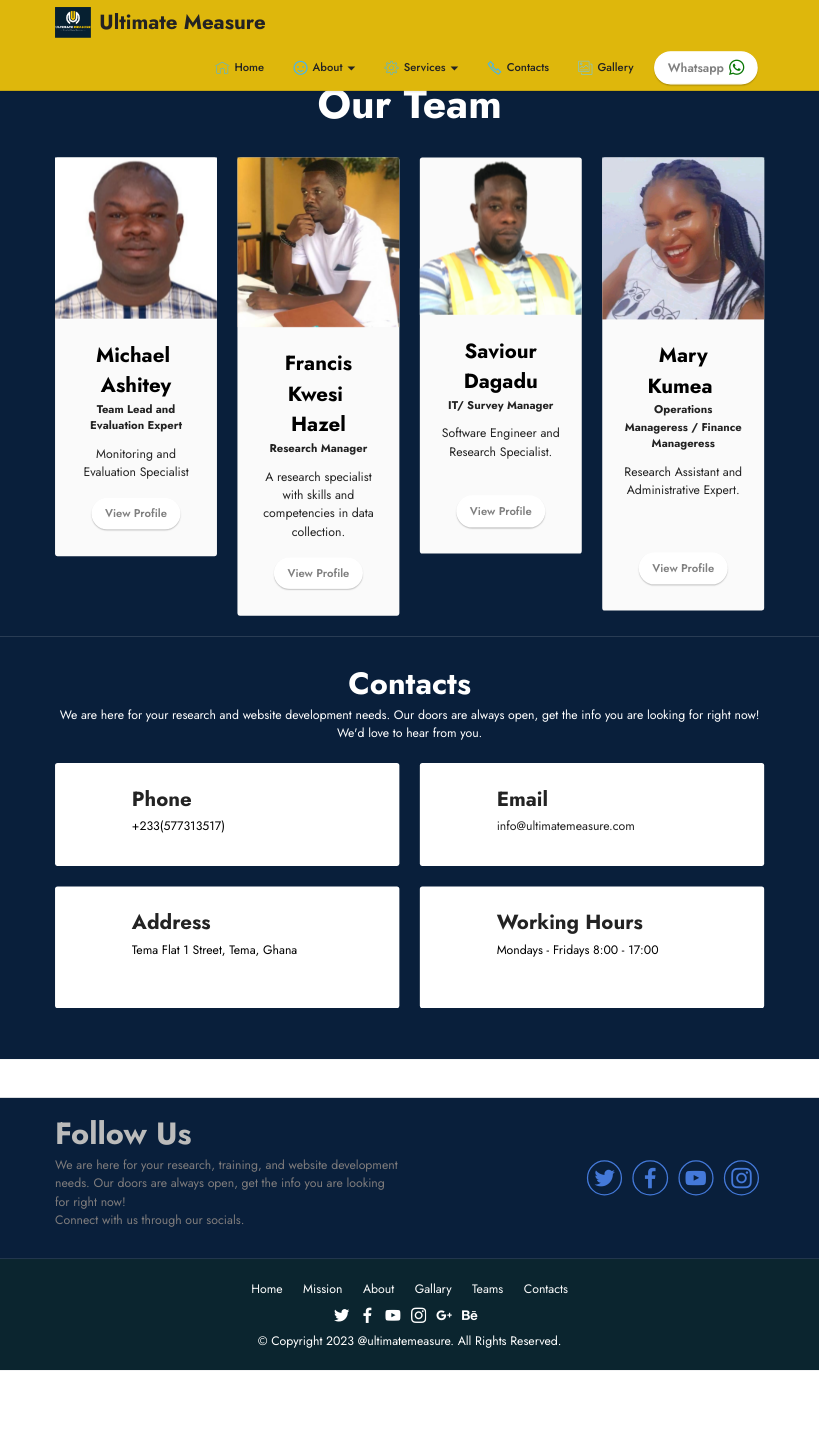
Repository: Saviour-Dagadu/ultMeasure
Page: page11.html
These files come from the project's save history. The page is drawn as it stood at one moment and after the next save; the edit follows.
The browser window is 1280 px wide. The pictures show the whole page, at 64% of full size.

Above is the page before, as saved 2023-07-19 03:32:09.

### page11.html
<!DOCTYPE html>
<html  >
<head>
  <!-- Site made with Mobirise Website Builder v5.6.13, https://mobirise.com -->
  <meta charset="UTF-8">
  <meta http-equiv="X-UA-Compatible" content="IE=edge">
  <meta name="generator" content="Mobirise v5.6.13, mobirise.com">
  <meta name="twitter:card" content="summary_large_image"/>
  <meta name="twitter:image:src" content="assets/images/page11-meta.jpg">
  <meta property="og:image" content="assets/images/page11-meta.jpg">
  <meta name="twitter:title" content="ourTeam">
  <meta name="viewport" content="width=device-width, initial-scale=1, minimum-scale=1">
  <link rel="shortcut icon" href="assets/images/ultimate-logo-1.jpeg" type="image/x-icon">
  <meta name="description" content="">


  <title>ourTeam</title>
  <link rel="stylesheet" href="assets/web/assets/mobirise-icons2/mobirise2.css">
  <link rel="stylesheet" href="assets/web/assets/mobirise-icons/mobirise-icons.css">
  <link rel="stylesheet" href="assets/bootstrap/css/bootstrap.min.css">
  <link rel="stylesheet" href="assets/bootstrap/css/bootstrap-grid.min.css">
  <link rel="stylesheet" href="assets/bootstrap/css/bootstrap-reboot.min.css">
  <link rel="stylesheet" href="assets/animatecss/animate.css">
  <link rel="stylesheet" href="assets/dropdown/css/style.css">
  <link rel="stylesheet" href="assets/socicon/css/styles.css">
  <link rel="stylesheet" href="assets/theme/css/style.css">
  <link rel="preload" href="https://fonts.googleapis.com/css?family=Jost:100,200,300,400,500,600,700,800,900,100i,200i,300i,400i,500i,600i,700i,800i,900i&display=swap" as="style" onload="this.onload=null;this.rel='stylesheet'">
  <noscript><link rel="stylesheet" href="https://fonts.googleapis.com/css?family=Jost:100,200,300,400,500,600,700,800,900,100i,200i,300i,400i,500i,600i,700i,800i,900i&display=swap"></noscript>
  <link rel="preload" as="style" href="assets/mobirise/css/mbr-additional.css"><link rel="stylesheet" href="assets/mobirise/css/mbr-additional.css" type="text/css">




</head>
<body>

  <section data-bs-version="5.1" class="team1 cid-tyizsyTRnW" id="team1-2v">


    <br><br><br><br>
    <div class="container">
        <div class="row justify-content-center">
            <div class="col-12">
                <h3 class="mbr-section-title1 mbr-fonts-style align-center mb-5 display-1"><strong>Our Team</strong>
                </h3>

            </div>
            <div class="col-sm-6 col-lg-3">
                <div class="card-wrap">
                    <div class="image-wrap">
                        <img src="assets/images/michael-ashitey-2-413x531.jpeg" alt="Mobirise Website Builder">
                    </div>
                    <div class="content-wrap">
                        <h5 class="mbr-section-title card-title mbr-fonts-style align-center m-0 display-5"><strong>Michael&nbsp; Ashitey</strong></h5>
                        <h6 class="mbr-role mbr-fonts-style align-center mb-3 display-4"><strong>Team Lead and Evaluation Expert</strong></h6>
                        <p class="card-text mbr-fonts-style align-center display-7">Monitoring and Evaluation Specialist<br></p>

                        <div class="mbr-section-btn card-btn align-center"><a class="btn btn-primary display-4" href="page1.html#team2-7">View
                                Profile</a></div>
                    </div>
                </div>
            </div>

            <div class="col-sm-6 col-lg-3">
                <div class="card-wrap">
                    <div class="image-wrap">
                        <img src="assets/images/5a183644-2759-44f6-8364-9d7925e9172f.jpg" alt="Mobirise Website Builder">
                    </div>
                    <div class="content-wrap">
                        <h5 class="mbr-section-title card-title mbr-fonts-style align-center m-0 display-5"><strong>Francis Kwesi&nbsp; Hazel</strong></h5>
                        <h6 class="mbr-role mbr-fonts-style align-center mb-3 display-4"><strong>Research Manager</strong></h6>
                        <p class="card-text mbr-fonts-style align-center display-7">A research specialist with skills and competencies in data collection.<br>
                        </p>

                        <div class="mbr-section-btn card-btn align-center"><a class="btn btn-primary display-4" href="page3.html#team2-b">View
                                Profile</a></div>
                    </div>
                </div>
            </div>

            <div class="col-sm-6 col-lg-3">
                <div class="card-wrap">
                    <div class="image-wrap">
                        <img src="assets/images/savic-3.png" alt="Mobirise Website Builder">
                    </div>
                    <div class="content-wrap">
                        <h5 class="mbr-section-title card-title mbr-fonts-style align-center m-0 display-5"><strong>Saviour Dagadu</strong></h5>
                        <h6 class="mbr-role mbr-fonts-style align-center mb-3 display-4"><strong>IT/ Survey Manager</strong></h6>
                        <p class="card-text mbr-fonts-style align-center display-7">
                            Software Engineer and Research Specialist.<br><br>
                        </p>

                        <div class="mbr-section-btn card-btn align-center"><a class="btn btn-primary display-4" href="page4.html#team2-e">View
                                Profile</a></div>
                    </div>
                </div>
            </div>

            <div class="col-sm-6 col-lg-3">
                <div class="card-wrap">
                    <div class="image-wrap">
                        <img src="assets/images/21c33b11-4f26-42b3-be18-20bef8bdf8b3.jpg" alt="Mobirise Website Builder">
                    </div>
                    <div class="content-wrap">
                        <h5 class="mbr-section-title card-title mbr-fonts-style align-center m-0 display-5"><strong>Mary Kumea&nbsp;</strong></h5>
                        <h6 class="mbr-role mbr-fonts-style align-center mb-3 display-4">
                            <strong>Operations Manageress / Finance Manageress</strong></h6>
                        <p class="card-text mbr-fonts-style align-center display-7">
                            Research Assistant and Administrative Expert.<br><br><br>
                        </p>

                        <div class="mbr-section-btn card-btn align-center"><a class="btn btn-primary display-4" href="page5.html#team2-h">View
                                Profile</a></div>
                    </div>
                </div>
            </div>
        </div>
    </div>
</section>

<section data-bs-version="5.1" class="contacts2 cid-tyizsCEZmS" id="contacts2-30">
    <!---->


    <div class="container">
        <div class="mbr-section-head">
            <h3 class="mbr-section-title mbr-fonts-style align-center mb-0 display-2">
                <strong>Contacts</strong>
            </h3>
            <h4 class="mbr-section-subtitle mbr-fonts-style align-center mb-0 mt-2 display-7">We are here for your research and website development needs. Our doors are always open, get the info you are looking for right now!<br>We'd love to hear from you.</h4>
        </div>
        <div class="row justify-content-center mt-4">
            <div class="card col-12 col-md-6">
                <div class="card-wrapper">
                    <div class="image-wrapper">
                        <span class="mbr-iconfont mobi-mbri-phone mobi-mbri"></span>
                    </div>
                    <div class="text-wrapper">
                        <h6 class="card-title mbr-fonts-style mb-1 display-5">
                            <strong>Phone</strong>
                        </h6>
                        <p class="mbr-text mbr-fonts-style display-7">+233(577313517)&nbsp;</p>
                    </div>
                </div>
            </div>
            <div class="card col-12 col-md-6">
                <div class="card-wrapper">
                    <div class="image-wrapper">
                        <span class="mbr-iconfont mobi-mbri-letter mobi-mbri"></span>
                    </div>
                    <div class="text-wrapper">
                        <h6 class="card-title mbr-fonts-style mb-1 display-5">
                            <strong>Email</strong>
                        </h6>
                        <p class="mbr-text mbr-fonts-style display-7">
                            <a href="mailto:info@site.com" class="text-black">info@ultimatemeasure.com</a>
                        </p>
                    </div>
                </div>
            </div>
            <div class="card col-12 col-md-6">
                <div class="card-wrapper">
                    <div class="image-wrapper">
                        <span class="mbr-iconfont mobi-mbri-globe mobi-mbri"></span>
                    </div>
                    <div class="text-wrapper">
                        <h6 class="card-title mbr-fonts-style mb-1 display-5">
                            <strong>Address</strong>
                        </h6>
                        <p class="mbr-text mbr-fonts-style display-7">Tema Flat 1 Street, Tema, Ghana</p>
                    </div>
                </div>
            </div>
            <div class="card col-12 col-md-6">
                <div class="card-wrapper">
                    <div class="image-wrapper">
                        <span class="mbr-iconfont mobi-mbri-bulleted-list mobi-mbri"></span>
                    </div>
                    <div class="text-wrapper">
                        <h6 class="card-title mbr-fonts-style mb-1 display-5">
                            <strong>Working Hours</strong>
                        </h6>
                        <p class="mbr-text mbr-fonts-style display-7">Mondays - Fridays 8:00 - 17:00<br><br></p>
                    </div>
                </div>
            </div>
        </div>
    </div>
</section>

<section data-bs-version="5.1" class="menu menu2 cid-tyiJ5LKivl" once="menu" id="menu2-3p">

    <nav class="navbar navbar-dropdown navbar-fixed-top navbar-expand-lg">
        <div class="container">
            <div class="navbar-brand">
                <span class="navbar-logo">
                    <a href="index.html#header14-1f">
                        <img src="assets/images/ultimate-logo-1.jpeg" alt="Mobirise Website Builder" style="height: 3rem;">
                    </a>
                </span>
                <span class="navbar-caption-wrap"><a class="navbar-caption text-black text-primary display-5" href="index.html#header14-1f">Ultimate Measure<br></a></span>
            </div>
            <button class="navbar-toggler" type="button" data-toggle="collapse" data-bs-toggle="collapse" data-target="#navbarSupportedContent" data-bs-target="#navbarSupportedContent" aria-controls="navbarNavAltMarkup" aria-expanded="false" aria-label="Toggle navigation">
                <div class="hamburger">
                    <span></span>
                    <span></span>
                    <span></span>
                    <span></span>
                </div>
            </button>
            <div class="collapse navbar-collapse" id="navbarSupportedContent">
                <ul class="navbar-nav nav-dropdown" data-app-modern-menu="true"><li class="nav-item"><a class="nav-link link text-black text-primary display-4" href="index.html#header14-1f"><span class="mbri-home mbr-iconfont mbr-iconfont-btn" style="color: rgb(71, 181, 237);"></span>Home</a></li>
                    <li class="nav-item dropdown"><a class="nav-link link text-black dropdown-toggle display-4" href="index.html#header14-1j" data-toggle="dropdown-submenu" data-bs-toggle="dropdown" data-bs-auto-close="outside" aria-expanded="false"><span class="mobi-mbri mobi-mbri-smile-face mbr-iconfont mbr-iconfont-btn" style="color: rgb(71, 181, 237);"></span>About</a><div class="dropdown-menu" aria-labelledby="dropdown-980"><a class="text-black dropdown-item text-primary display-4" href="page10.html">About Us</a><a class="text-black show dropdown-item text-primary display-4" href="page12.html">Mission</a><a class="text-black dropdown-item text-primary display-4" href="page12.html">Vission</a><a class="text-black show dropdown-item text-primary display-4" href="page11.html">Our Team</a></div></li>
                    <li class="nav-item dropdown"><a class="nav-link link text-black text-primary dropdown-toggle display-4" href="page6.html" data-toggle="dropdown-submenu" data-bs-toggle="dropdown" data-bs-auto-close="outside" aria-expanded="false"><span class="mbri-setting3 mbr-iconfont mbr-iconfont-btn" style="color: rgb(71, 181, 237);"></span>Services</a><div class="dropdown-menu" aria-labelledby="dropdown-109"><a class="text-black text-primary show dropdown-item display-4" href="page6.html">Our Services</a><a class="text-black text-primary dropdown-item display-4" href="page13.html">Training</a><a class="text-black text-primary show dropdown-item display-4" href="page13.html">Research</a></div></li><li class="nav-item"><a class="nav-link link text-black text-primary display-4" href="page7.html"><span class="mobi-mbri mobi-mbri-phone mbr-iconfont mbr-iconfont-btn" style="color: rgb(71, 181, 237);"></span>Contacts</a></li><li class="nav-item"><a class="nav-link link text-black text-primary display-4" href="page9.html"><span class="mbri-photos mbr-iconfont mbr-iconfont-btn" style="color: rgb(110, 199, 242);"></span>Gallery</a></li></ul>

                <div class="navbar-buttons mbr-section-btn"><a class="btn btn-primary display-7" href="https://wa.me/233577313517"><span class="socicon socicon-whatsapp mbr-iconfont mbr-iconfont-btn" style="color: rgb(10, 119, 5);"></span>Whatsapp</a></div>
            </div>
        </div>
    </nav>
</section>

<section data-bs-version="5.1" class="contacts4 cid-tyiT0qkMQG" id="contacts4-3r">





    <div class="container">
        <div class="row align-items-center justify-content-center">
            <div class="text-content col-12 col-md-6">
                <h2 class="mbr-section-title mbr-fonts-style display-2">
                    <strong>Follow Us</strong>
                </h2>
                <p class="mbr-text mbr-fonts-style display-7">We are here for your research, training, and website development needs. Our doors are always open, get the info you are looking for right now!
<br>Connect with us through our socials.<br></p>
            </div>
            <div class="icons d-flex align-items-center col-12 col-md-6 justify-content-end mt-md-0 mt-2 flex-wrap">
                <a href="https://twitter.com/ultmeasure" target="_blank">
                    <span class="mbr-iconfont mbr-iconfont-social socicon-twitter socicon"></span>
                </a>
                <a href="https://web.facebook.com/ultimatemeasure" target="_blank">
                    <span class="mbr-iconfont mbr-iconfont-social socicon-facebook socicon"></span>
                </a>
                <a href="https://www.youtube.com" target="_blank">
                    <span class="mbr-iconfont mbr-iconfont-social socicon-youtube socicon"></span>
                </a>
                <a href="https://instagram.com" target="_blank">
                    <span class="mbr-iconfont mbr-iconfont-social socicon-instagram socicon"></span>
                </a>






            </div>
        </div>
    </div>

</section>

<section data-bs-version="5.1" class="footer3 cid-tyiUsSvvE8" once="footers" id="footer3-3x">





    <div class="container-fluid">
        <div class="row align-center mbr-white">
            <div class="row row-links">
                <ul class="foot-menu">





                <li class="foot-menu-item mbr-fonts-style display-7"><a href="index.html#header14-1f" class="text-white text-primary">Home</a></li><li class="foot-menu-item mbr-fonts-style display-7"><a href="page12.html" class="text-primary">Mission</a></li><li class="foot-menu-item mbr-fonts-style display-7"><a href="page10.html" class="text-white text-primary">About</a></li><li class="foot-menu-item mbr-fonts-style display-7"><a href="page9.html" class="text-primary">Gallary</a></li><li class="foot-menu-item mbr-fonts-style display-7"><a href="page11.html" class="text-white text-primary">Teams</a></li><li class="foot-menu-item mbr-fonts-style display-7"><a href="page7.html" class="text-white text-primary">Contacts</a></li></ul>
            </div>
            <div class="row social-row">
                <div class="social-list align-right pb-2">






                <div class="soc-item">
                        <a href="https://twitter.com/ultmeasure" target="_blank">
                            <span class="mbr-iconfont mbr-iconfont-social socicon-twitter socicon"></span>
                        </a>
                    </div><div class="soc-item">
                        <a href="https://www.facebook.com" target="_blank">
                            <span class="mbr-iconfont mbr-iconfont-social socicon-facebook socicon"></span>
                        </a>
                    </div><div class="soc-item">
                        <a href="https://www.youtube.com" target="_blank">
                            <span class="mbr-iconfont mbr-iconfont-social socicon-youtube socicon"></span>
                        </a>
                    </div><div class="soc-item">
                        <a href="https://instagram.com" target="_blank">
                            <span class="mbr-iconfont mbr-iconfont-social socicon-instagram socicon"></span>
                        </a>
                    </div><div class="soc-item">
                        <a href="https://plus.google.com" target="_blank">
                            <span class="mbr-iconfont mbr-iconfont-social socicon-googleplus socicon"></span>
                        </a>
                    </div><div class="soc-item">
                        <a href="https://www.behance.net" target="_blank">
                            <span class="mbr-iconfont mbr-iconfont-social socicon-behance socicon"></span>
                        </a>
                    </div></div>
            </div>
            <div class="row row-copirayt">
                <p class="mbr-text mb-0 mbr-fonts-style mbr-white align-center display-7">
                    © Copyright 2023 @ultimatemeasure. All Rights Reserved.
                </p>
            </div>
        </div>
    </div>
</section><section class="display-7" style="padding: 0;align-items: center;justify-content: center;flex-wrap: wrap;    align-content: center;display: flex;position: relative;height: 4rem;"><a href="https://mobiri.se/2735054" style="flex: 1 1;height: 4rem;position: absolute;width: 100%;z-index: 1;"><img alt="" style="height: 4rem;" src="data:[embedded picture, 82 characters]"></a><p style="margin: 0;text-align: center;" class="display-7">&#8204;</p><a style="z-index:1" href="https://mobirise.com/offline-website-builder.html"></a></section><script src="assets/bootstrap/js/bootstrap.bundle.min.js"></script>  <script src="assets/smoothscroll/smooth-scroll.js"></script>  <script src="assets/ytplayer/index.js"></script>  <script src="assets/dropdown/js/navbar-dropdown.js"></script>  <script src="assets/sociallikes/social-likes.js"></script>  <script src="assets/theme/js/script.js"></script>


  <input name="animation" type="hidden">
  </body>
</html>

Loaded but not shown: assets/bootstrap/css/bootstrap.min.css (library); assets/bootstrap/css/bootstrap-grid.min.css (library); assets/bootstrap/css/bootstrap-reboot.min.css (library); assets/animatecss/animate.css (library); assets/mobirise/css/mbr-additional.css (library); assets/bootstrap/js/bootstrap.bundle.min.js (library); assets/smoothscroll/smooth-scroll.js (library); assets/ytplayer/index.js (library); assets/sociallikes/social-likes.js (library); assets/theme/js/script.js (library); assets/dropdown/js/navbar-dropdown.js (7 lines, source omitted); assets/socicon/css/styles.css (934 lines, source omitted); assets/theme/css/style.css (961 lines, source omitted); assets/web/assets/mobirise-icons2/mobirise2.css (498 lines, source omitted); assets/dropdown/css/style.css (263 lines, source omitted); assets/web/assets/mobirise-icons/mobirise-icons.css (477 lines, source omitted)

After the next save:
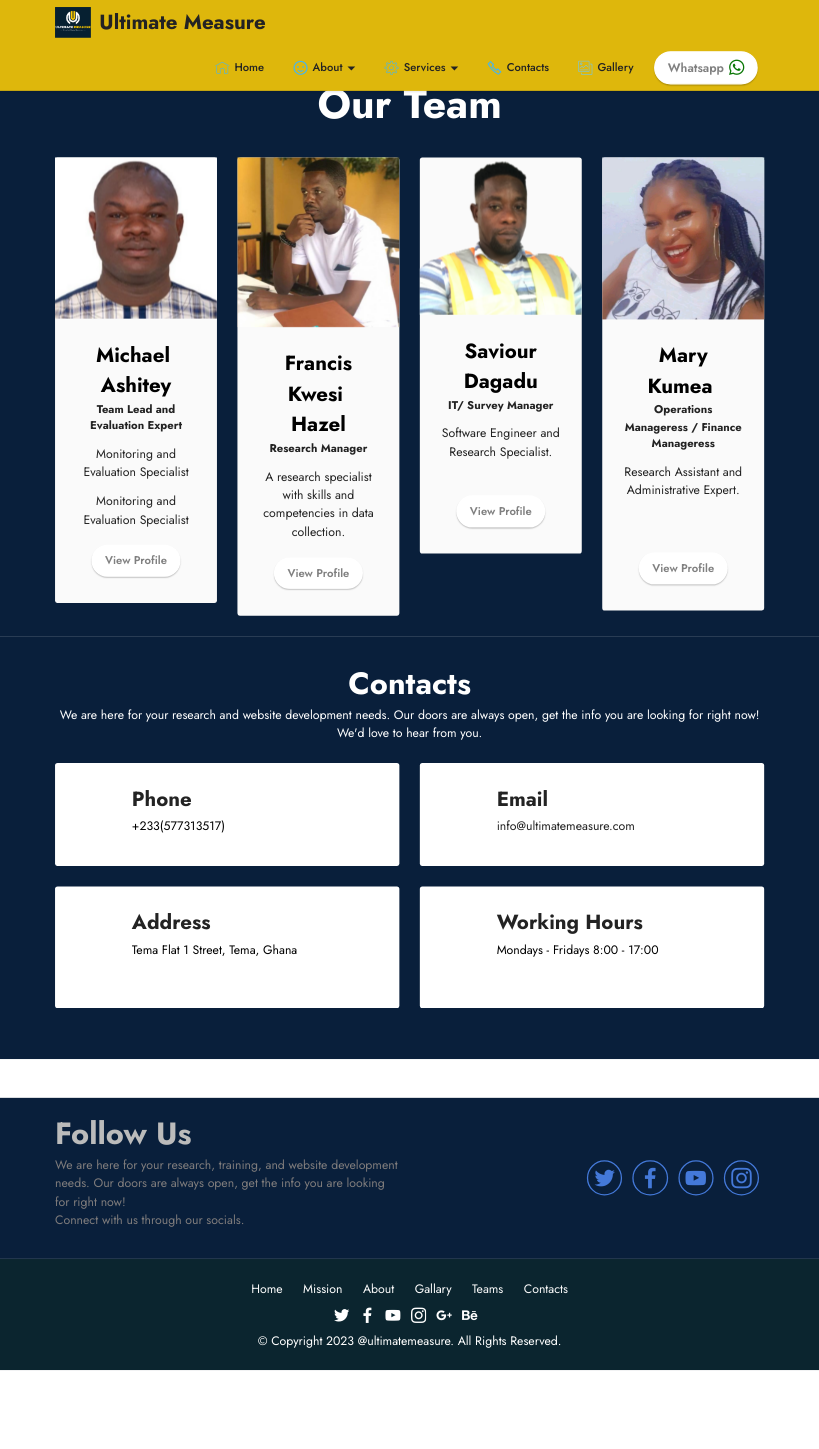
Saved 76 s later.
--- a/page11.html
+++ b/page11.html
@@ -54,6 +54,7 @@
                         <h5 class="mbr-section-title card-title mbr-fonts-style align-center m-0 display-5"><strong>Michael&nbsp; Ashitey</strong></h5>
                         <h6 class="mbr-role mbr-fonts-style align-center mb-3 display-4"><strong>Team Lead and Evaluation Expert</strong></h6>
                         <p class="card-text mbr-fonts-style align-center display-7">Monitoring and Evaluation Specialist<br></p>
+                        <p class="card-text mbr-fonts-style align-center display-7">Monitoring and Evaluation Specialist<br></p>
 
                         <div class="mbr-section-btn card-btn align-center"><a class="btn btn-primary display-4" href="page1.html#team2-7">View
                                 Profile</a></div>
